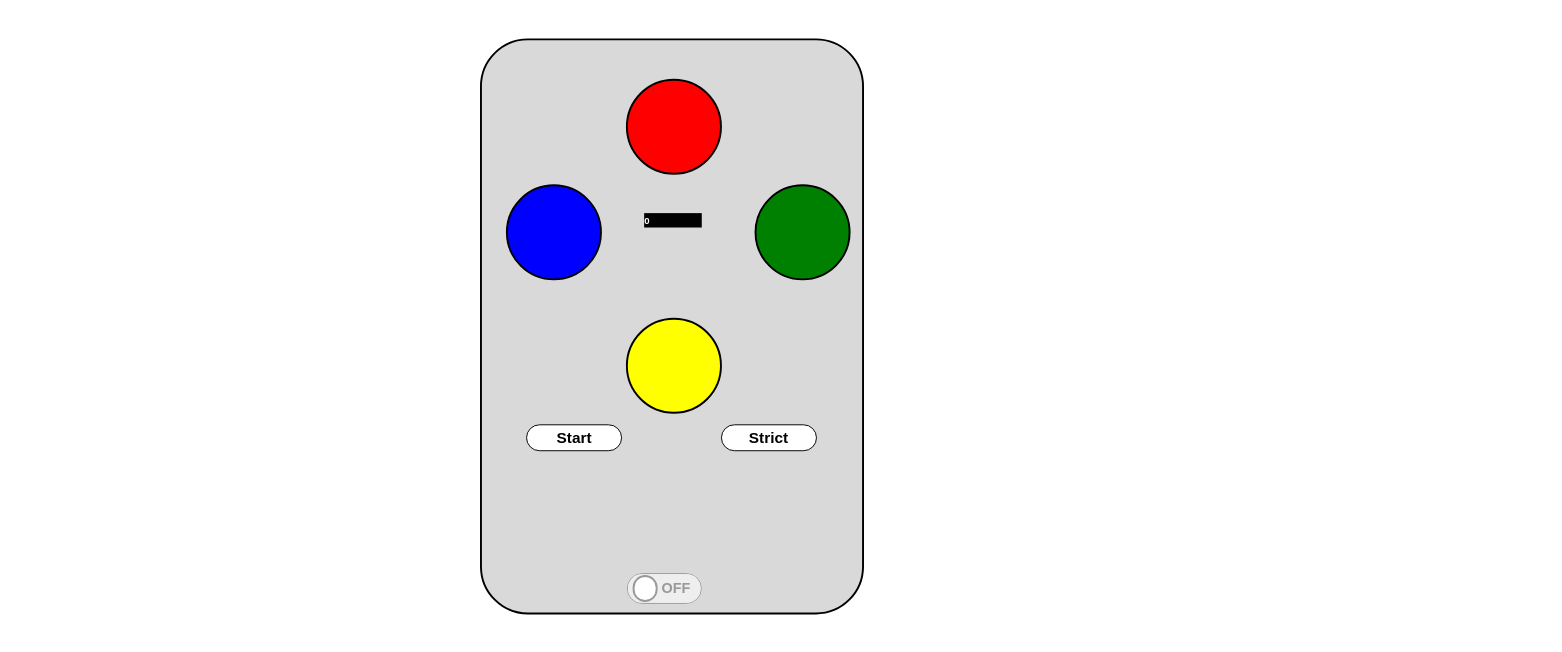
Repository: Code-Institute-Submissions/The-Simon-Game
Page: index.html
The author's editor kept a record of every edit. The page is drawn from the files as they stood at one moment, then again after the next edit.
The browser window is 1280 px wide. The page is 1627 px wide, so the pictures cover 1627 px, including what lies to the right of the window. The pictures show the whole page, at 96% of full size.

Above is the page before.

After the next edit:
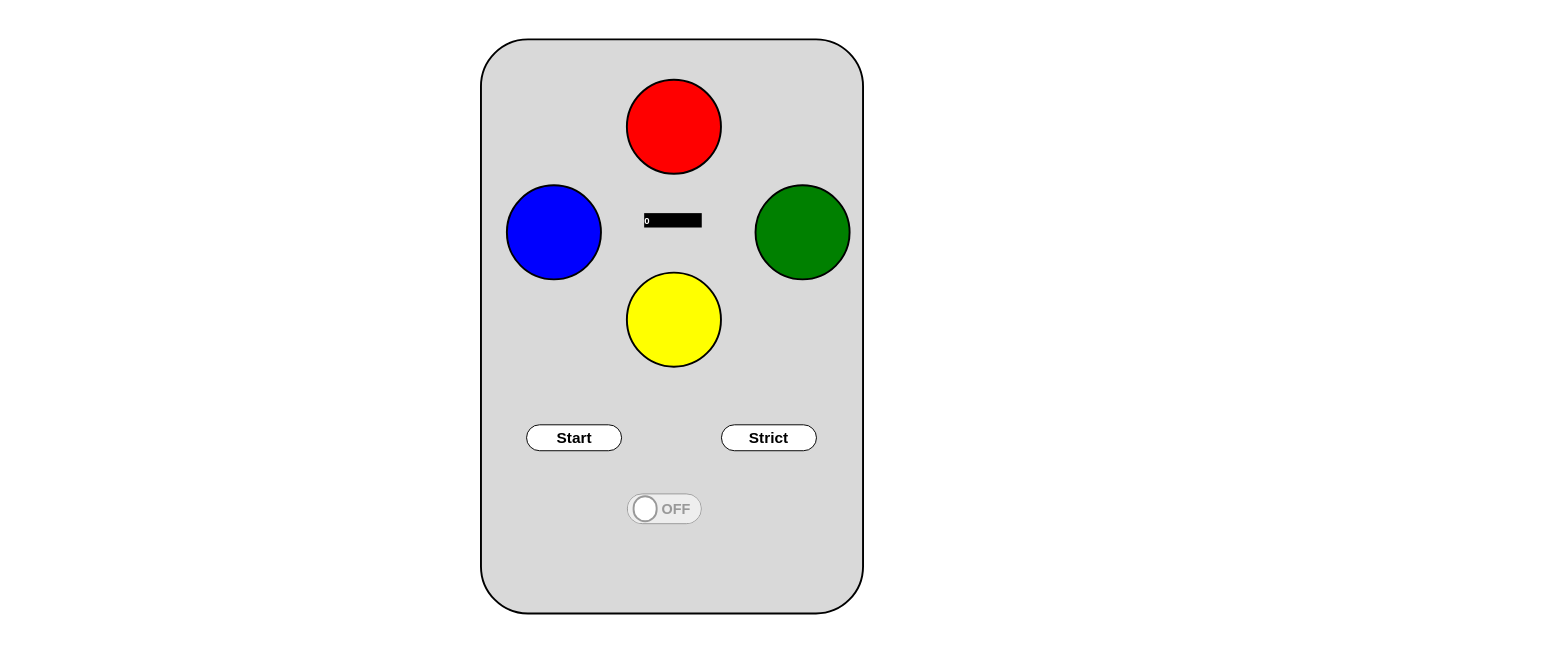
The edit:
--- a/css/style.css
+++ b/css/style.css
@@ -17,7 +17,7 @@
 .yellow {
     height: 100px;
     width: 100px;
-    margin: 94px;
+    margin: 46px;
     margin-left: 8px;
     background-color: yellow;
     border-radius: 75px;
